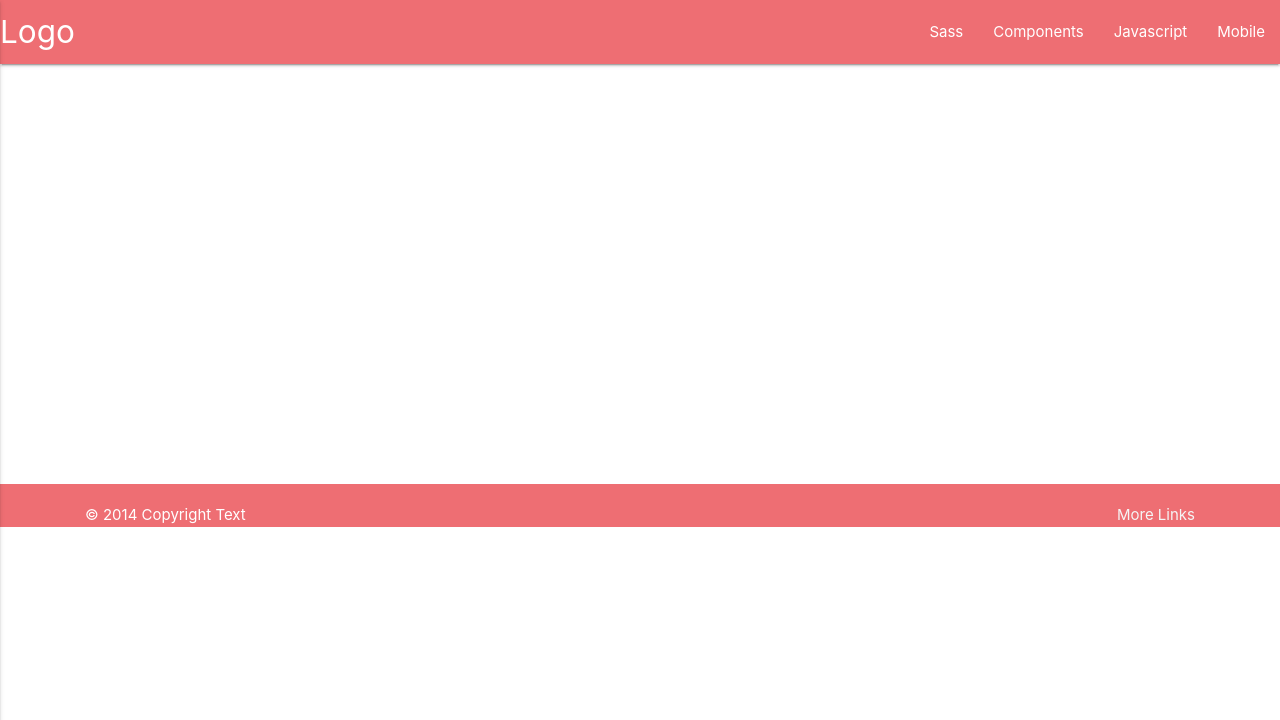
Repository: Lemoenskil/Milestone_project_3_Garden_planner
Page: http://localhost/
The author's editor kept a record of every edit. The page is drawn from the files as they stood at one moment, then again after the next edit.
The browser window is 1280 px wide. The pictures show the whole page.
Some web libraries are served in a nearby version. The page is served by the project's application, run on Flask 3 (app.py). Queries for data that is not in the repository find no rows.

Above is the page before.

After the next edit:
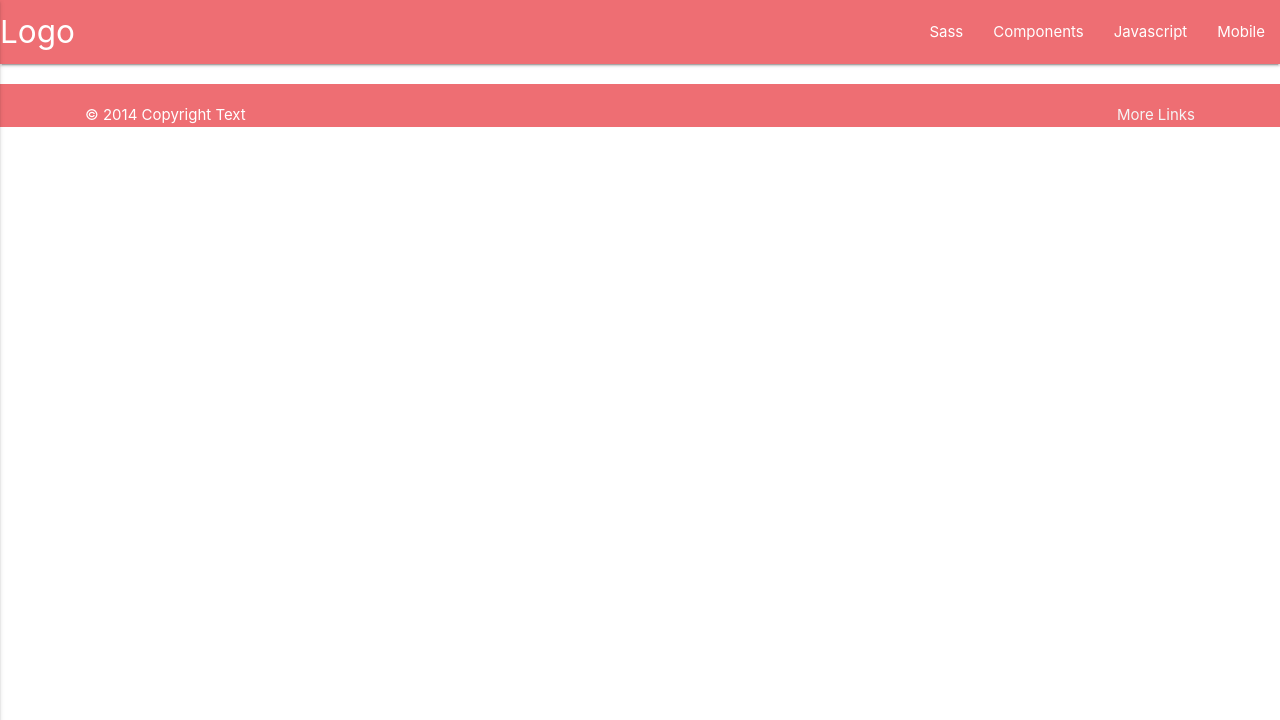
The edit:
--- a/templates/plant_records.html
+++ b/templates/plant_records.html
@@ -13,31 +13,6 @@
       {%endfor%}
     </div>
 
-    <div id="carouselExampleIndicators" class="carousel slide" data-ride="carousel">
-      <ol class="carousel-indicators">
-        <li data-target="#carouselExampleIndicators" data-slide-to="0" class="active"></li>
-        <li data-target="#carouselExampleIndicators" data-slide-to="1"></li>
-        <li data-target="#carouselExampleIndicators" data-slide-to="2"></li>
-      </ol>
-      <div class="carousel-inner">
-        <div class="carousel-item active">
-          <img src="/static/images/mockup_garden_planner.jpg" class="d-block w-100" alt="">
-        </div>
-        <div class="carousel-item">
-          <img src="/static/images/mockup_garden_planner.jpg" class="d-block w-100" alt="">
-        </div>
-        <div class="carousel-item">
-          <img src="/static/images/mockup_garden_planner.jpg" class="d-block w-100" alt="">
-        </div>
-      </div>
-      <a class="carousel-control-prev" href="#carouselExampleIndicators" role="button" data-slide="prev">
-        <span class="carousel-control-prev-icon" aria-hidden="true"></span>
-        <span class="sr-only">Previous</span>
-      </a>
-      <a class="carousel-control-next" href="#carouselExampleIndicators" role="button" data-slide="next">
-        <span class="carousel-control-next-icon" aria-hidden="true"></span>
-        <span class="sr-only">Next</span>
-      </a>
-    </div>
+
 
 {% endblock %}
